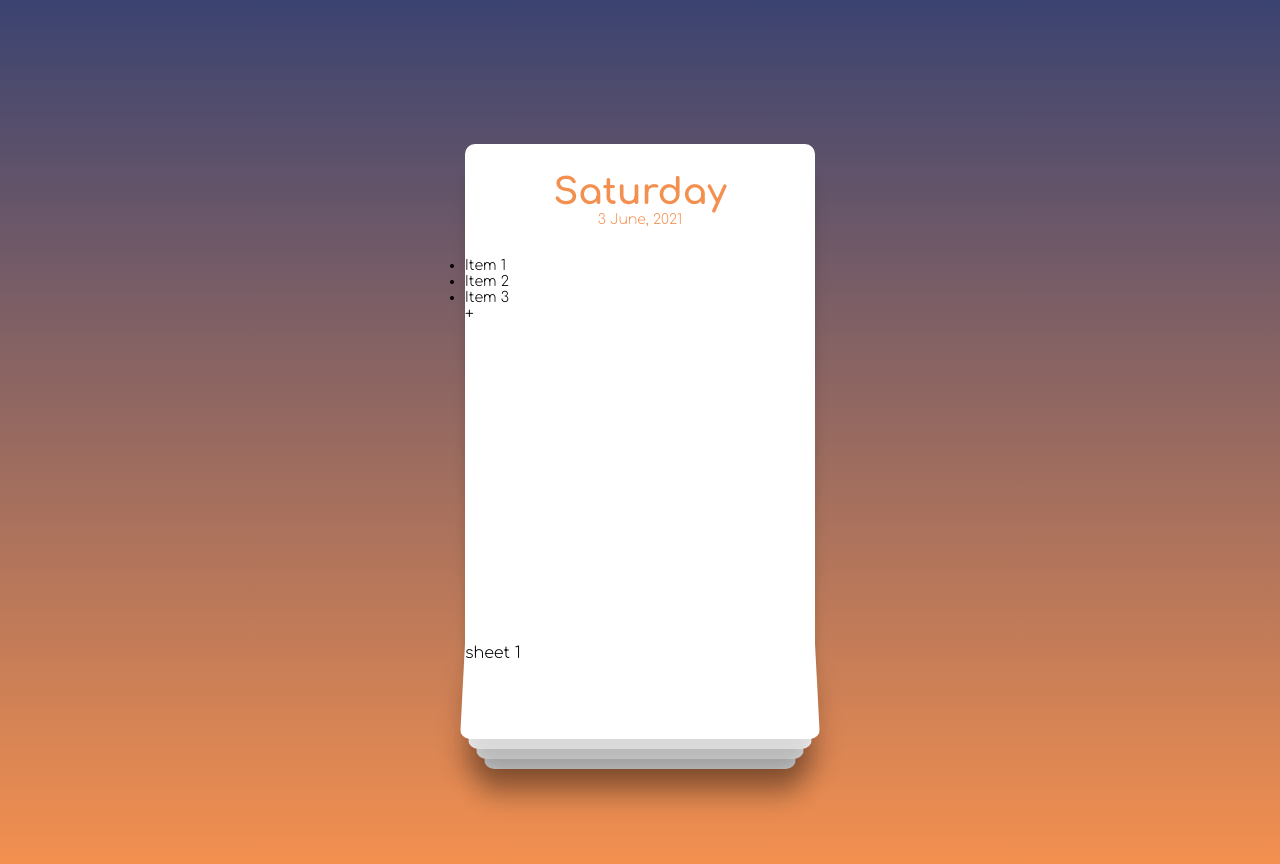
Repository: Colo-Codes/mini-projects
Page: todo-app/index.html
The author's editor kept a copy of each file at every save. The page is drawn from the files as they stood at one save, then again after the next save.
The browser window is 1280 px wide. The pictures show the whole page.

Above is the page before, as saved 2021-07-04 11:58:08.

### todo-app/index.html
<!DOCTYPE html>
<html lang="en">
    <head>
        <meta charset="UTF-8" />
        <meta http-equiv="X-UA-Compatible" content="IE=edge" />
        <meta name="viewport" content="width=device-width, initial-scale=1.0" />
        <link rel="stylesheet" href="./css/index.css" />
        <title>Mini-Project - ToDo app</title>
    </head>
    <body>
        <div class="changing-background">
            <main class="todo">
                <section id="todo--header">
                    <header>Saturday</header>
                    <p>3 June, 2021</p>
                </section>
                <section id="todo--tasks-list">
                    <ul>
                        <li class="todo--tasks-list--item">Item 1</li>
                        <li class="todo--tasks-list--item">Item 2</li>
                        <li class="todo--tasks-list--item">Item 3</li>
                    </ul>
                </section>
                <section id="todo--footer">
                    <p>+</p>
                </section>
            </main>
            <div id="sheet-1-3d">sheet 1</div>
            <div id="sheet-2-3d">sheet 2</div>
            <div id="sheet-3-3d">sheet 3</div>
            <div id="sheet-4-3d">sheet 4</div>
        </div>
    </body>
</html>

### todo-app/css/index.css
@import url('https://fonts.googleapis.com/css2?family=Comfortaa:wght@300;700&display=swap');

/* SECTION Initial reset */

html {
    box-sizing: border-box;
    font-size: 16px;
}

*,
*:before,
*:after {
    box-sizing: inherit;
    margin: 0;
    padding: 0;
    /*outline: 1px dashed blue; /* Debugging purposes */
}

/* SECTION Background */

body {
    font-family: 'Comfortaa', cursive;
    background: #f3904f; /* fallback for old browsers */
    background: -webkit-linear-gradient(
        to bottom,
        #3b4371,
        #f3904f
    ); /* Chrome 10-25, Safari 5.1-6 */
    background: linear-gradient(
        to bottom,
        #3b4371,
        #f3904f
    ); /* W3C, IE 10+/ Edge, Firefox 16+, Chrome 26+, Opera 12+, Safari 7+ */
    background-repeat: no-repeat;
    background-size: cover;
    height: 100vh;
}

/* SECTION ToDo container */

.todo {
    margin: auto;
    margin-top: 20vh;
    width: 350px;
    height: 500px;
    background-color: white;
    border-radius: 10px 10px 0 0;
    box-shadow: 0px 30px 12px rgba(0, 0, 0, 0.15);
}

/* ToDo shapes and shadows */

div [id^='sheet-'] {
    margin: auto;
    border-radius: 0 0 10px 10px;
    -webkit-filter: drop-shadow(0px 30px 12px rgba(0, 0, 0, 0.15));
    filter: drop-shadow(0px 30px 12px rgba(0, 0, 0, 0.15));
    -ms-filter: "progid:DXImageTransform.Microsoft.Dropshadow(OffX=0, OffY=30, Color='#444')";
    filter: "progid:DXImageTransform.Microsoft.Dropshadow(OffX=0, OffY=30, Color='#444')";
    /* trapezoidal shape */
    border-bottom: 95px solid white;
    border-left: 5px solid transparent;
    border-right: 5px solid transparent;
}
#sheet-1-3d {
    width: 360px;
    height: 95px;
    margin: auto;
    border-radius: 0 0 10px 10px;
    position: relative;
    z-index: 1;
}
#sheet-2-3d {
    width: 344px;
    height: 95px;
    margin: auto;
    margin-top: -85px;
    border-radius: 0 0 10px 10px;
    position: relative;
    z-index: -1;
}
#sheet-3-3d {
    width: 328px;
    height: 95px;
    margin: auto;
    margin-top: -85px;
    border-radius: 0 0 10px 10px;
    position: relative;
    z-index: -2;
}
#sheet-4-3d {
    width: 312px;
    height: 95px;
    margin: auto;
    margin-top: -85px;
    border-radius: 0 0 10px 10px;
    position: relative;
    z-index: -3;
}

/* SECTION ToDo header */

#todo--header header {
    padding-top: 1.75rem;
    font-size: 2.25rem;
    font-weight: 700;
    text-align: center;
    color: #f3904f;
}

#todo--header p {
    font-size: 0.875rem;
    text-align: center;
    color: #f3904f;
}

/* SECTION ToDo list of tasks */

#todo--tasks-list {
    margin-top: 1.875rem;
}

.todo--tasks-list--item {
    font-size: 0.89rem;
}

After the next save:
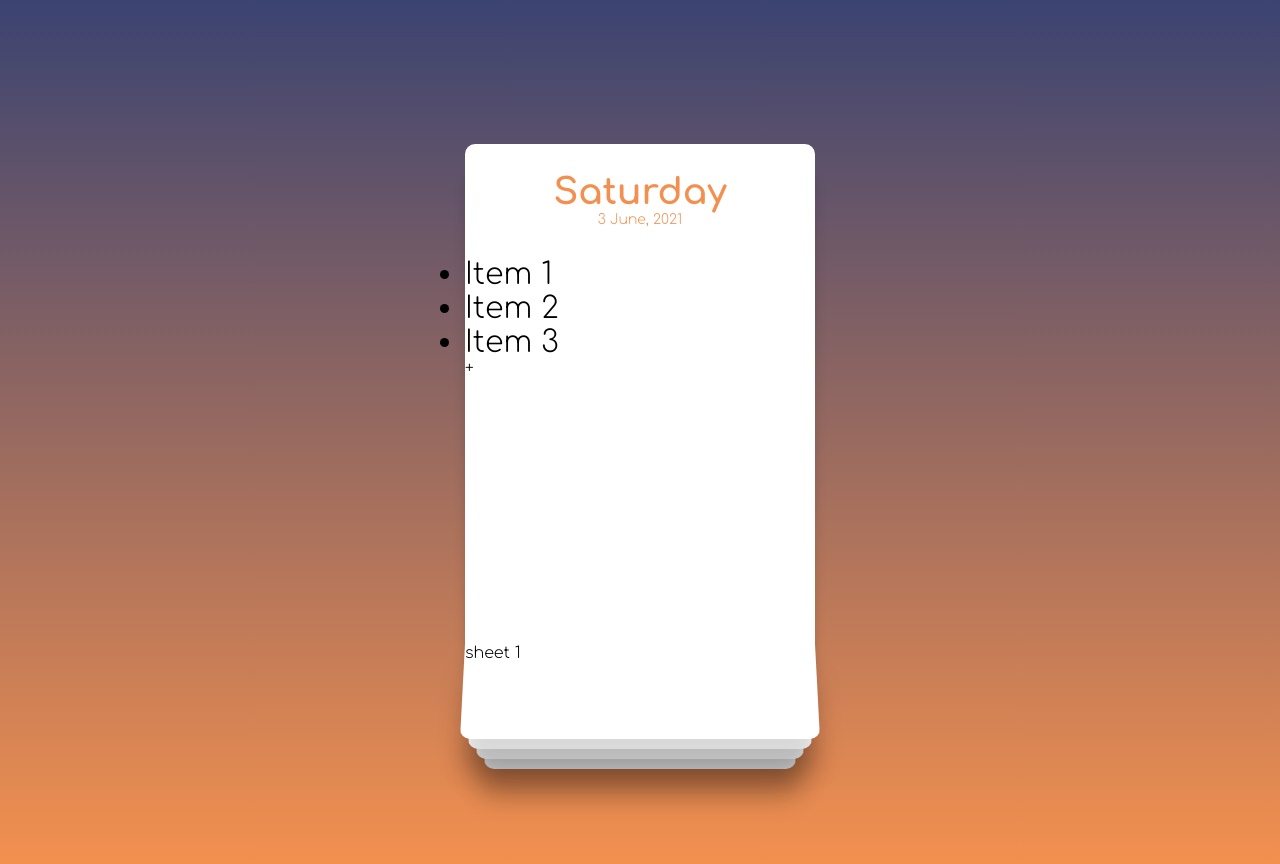
Saved 8 s later.
--- a/todo-app/css/index.css
+++ b/todo-app/css/index.css
@@ -121,5 +121,5 @@ div [id^='sheet-'] {
 }
 
 .todo--tasks-list--item {
-    font-size: 0.89rem;
+    font-size: 1.89rem;
 }

After the save that followed:
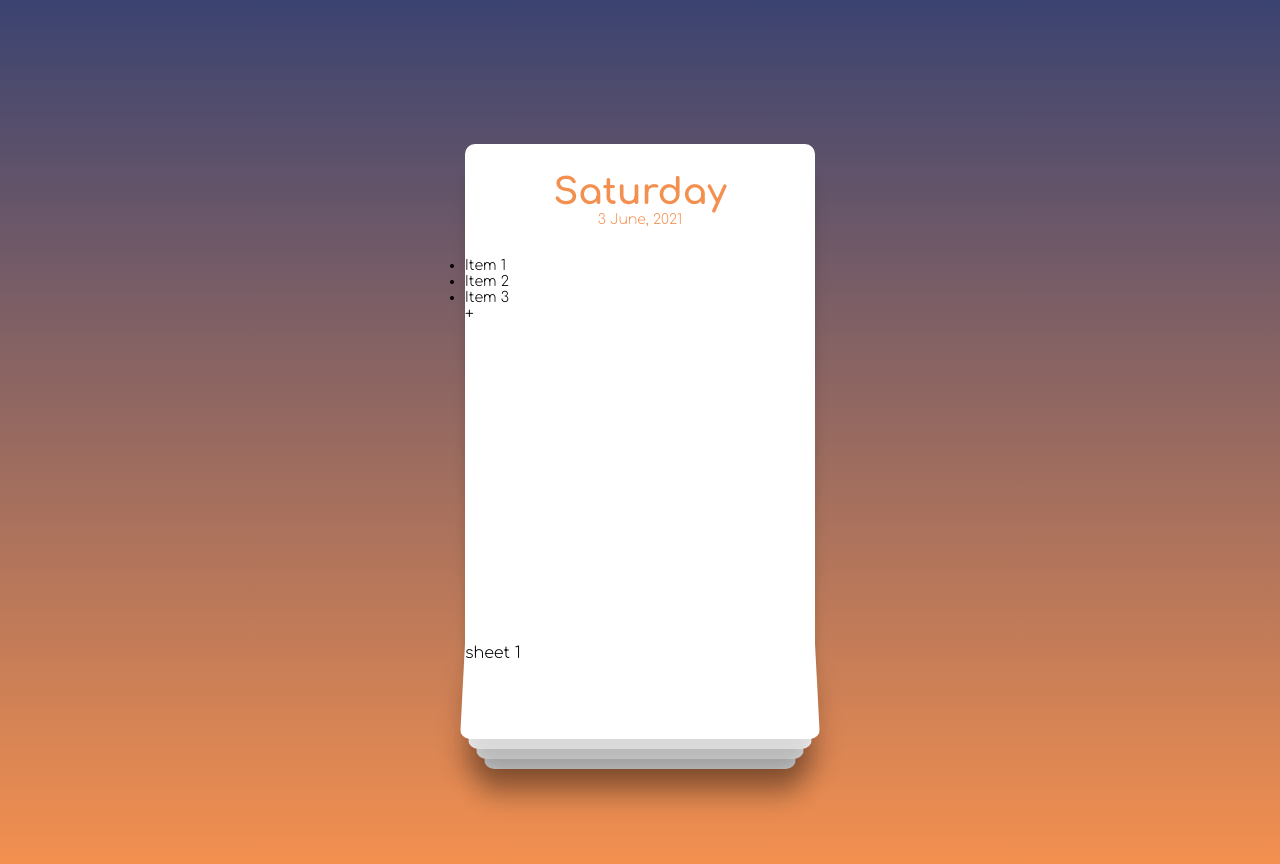
Saved 4 s later.
--- a/todo-app/css/index.css
+++ b/todo-app/css/index.css
@@ -121,5 +121,5 @@ div [id^='sheet-'] {
 }
 
 .todo--tasks-list--item {
-    font-size: 1.89rem;
+    font-size: 0.89rem;
 }
